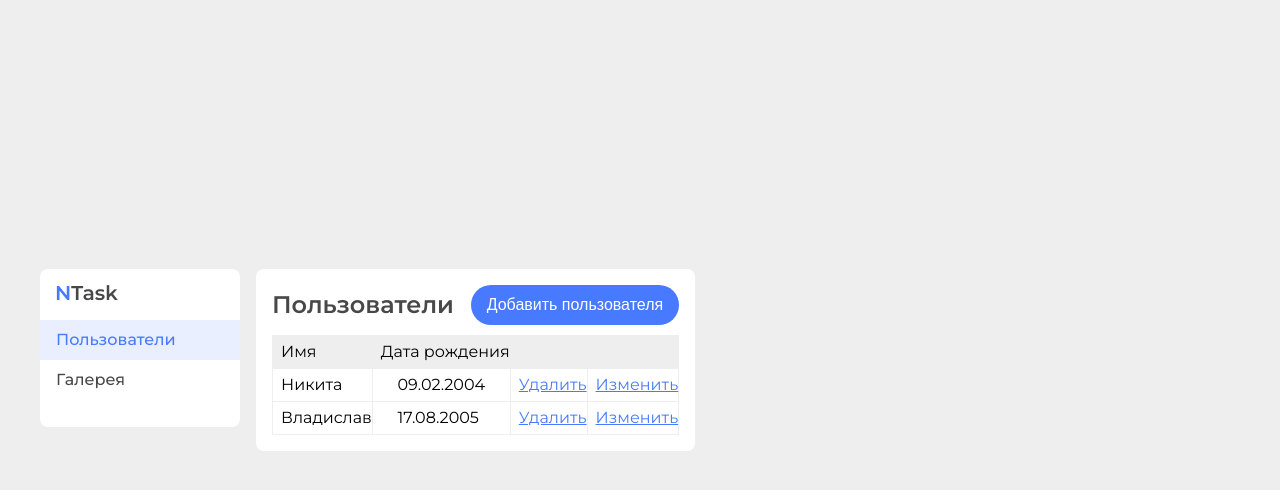
Repository: Grid-Master/NTask
Page: /
The author's editor kept a copy of each file at every save. The page is drawn from the files as they stood at one save, then again after the next save.
The browser window is 1280 px wide. The pictures show the whole page.
The project was rebuilt for these pictures with package versions that can differ from the ones it lists, and the page was loaded fresh each time. Also part of the build but not shown: src/components/gallery/gallery.sass, src/components/gallery/Gallery.tsx, src/components/updateUser/updateUser.sass, src/components/updateUser/UpdateUser.tsx.

Above is the page before, as saved 2023-06-09 19:52:57.

After the next save:
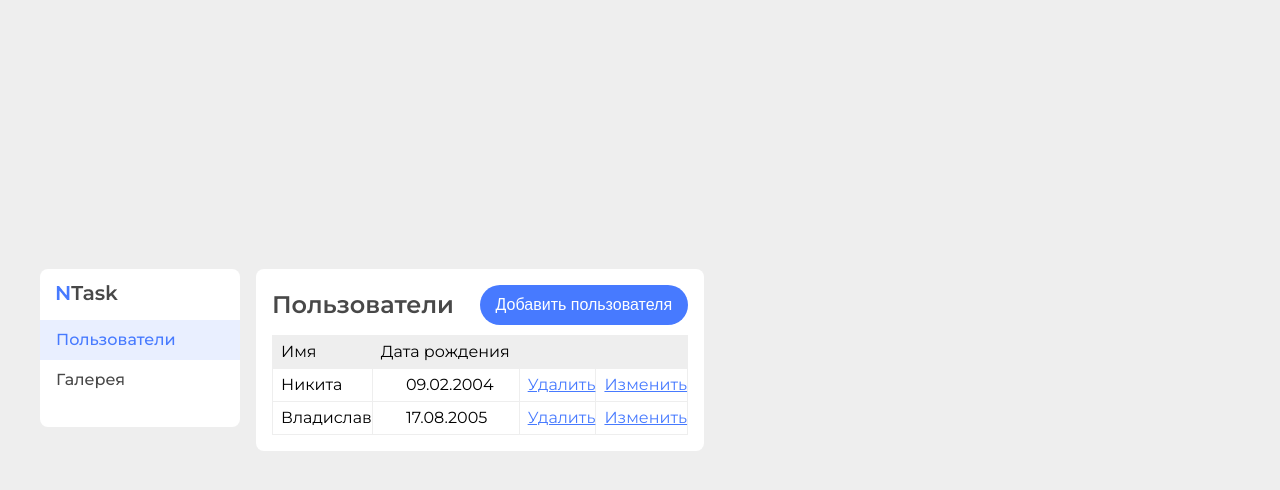
Saved 14 s later.
--- a/src/components/userList/UserList.tsx
+++ b/src/components/userList/UserList.tsx
@@ -36,7 +36,9 @@ const UserList: FC = () => {
         {users.map((user) => (
           <tr key={user.id}>
             <td>{user.name}</td>
-            <td>&nbsp;&nbsp;&nbsp;&nbsp;{user.date}&nbsp;&nbsp;&nbsp;&nbsp;</td>
+            <td>
+              &nbsp;&nbsp;&nbsp;&nbsp;&nbsp;&nbsp;{user.date}&nbsp;&nbsp;&nbsp;&nbsp;&nbsp;&nbsp;
+            </td>
             <td className="userList__table-btn" onClick={() => deleteHandler(user.id)}>
               Удалить
             </td>
